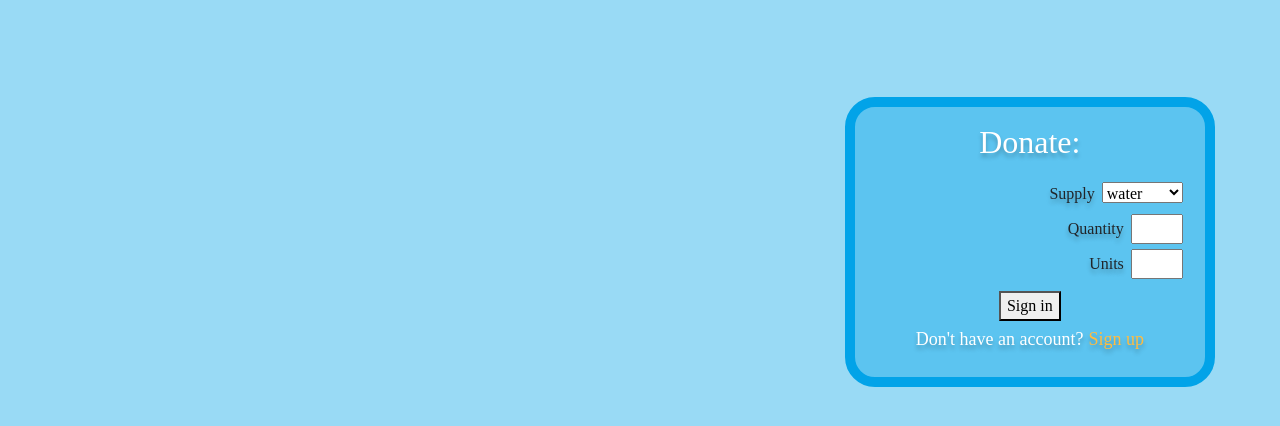
Repository: uprm-inso-4115-2019-2020-S2/semester-project-inso4115-DisasterAid-backend
Page: /donate-modal (app in disaster-aid/)
An editor plug-in stored every save of this project. The page is shown before and after the next save, followed by the edit.
The browser window is 1280 px wide. The pictures show the whole page.
The project was rebuilt for these pictures with package versions that can differ from the ones it lists, and the page was loaded fresh each time. Also part of the build but not shown: disaster-aid/angular.json, disaster-aid/src/app/login/login.component.ts, disaster-aid/src/app/register/register.component.ts, disaster-aid/src/app/home/home.component.ts, disaster-aid/src/app/landing-page/landing-page.component.ts, disaster-aid/src/app/donations/donations.component.ts, disaster-aid/src/app/donations.service.ts.

Above is the page before, as saved 2020-05-08 04:24:19.

### disaster-aid/src/index.html
<!doctype html>
<html lang="en">
<head>
  <meta charset="utf-8">
  <title>DisasterAid</title>
  <base href="/">
  <meta name="viewport" content="width=device-width, initial-scale=1">
  <link rel="icon" type="image/x-icon" href="favicon.ico">
</head>
<body>
  <app-root></app-root>
</body>
</html>

### disaster-aid/src/styles.css
/* You can add global styles to this file, and also import other style files */

html { background-color:rgba(2, 163, 232, 0.4); }

### disaster-aid/src/app/app.module.ts
import { BrowserModule } from '@angular/platform-browser';
import { NgModule } from '@angular/core';
import { FormsModule, ReactiveFormsModule } from '@angular/forms';



import { AppRoutingModule } from './app-routing.module';
import { AppComponent } from './app.component';
import { RegisterComponent } from './register/register.component';
import { LoginComponent } from './login/login.component';
import { HttpClientModule } from '@angular/common/http';
import { HomeComponent } from './home/home.component'
import { UserApiService } from './userapi.service';
import { LandingPageComponent } from './landing-page/landing-page.component';
import { DonationsComponent } from './donations/donations.component';


@NgModule({
  declarations: [
    AppComponent,
    RegisterComponent,
    LoginComponent,
    HomeComponent,
    LandingPageComponent,
    DonationsComponent,
  ],
  imports: [
    BrowserModule,
    AppRoutingModule,
    FormsModule,
    ReactiveFormsModule,
    HttpClientModule
  ],
  providers: [UserApiService],
  bootstrap: [AppComponent]
})
export class AppModule { }

### disaster-aid/src/app/app-routing.module.ts
import { NgModule } from '@angular/core';
import { Routes, RouterModule } from '@angular/router';
import {LoginComponent} from './login/login.component';
import { RegisterComponent } from './register/register.component';
import { HomeComponent } from './home/home.component';
import { LandingPageComponent } from './landing-page/landing-page.component';
import { DonationsComponent } from './donations/donations.component';
import { DonateModalComponent} from './donate-modal/donate-modal.component';


const routes: Routes = [
  { path: '', redirectTo: '/landing_page', pathMatch: 'full'}, //Make home the default landing page
  { path: 'register', component: RegisterComponent},
  { path: 'login', component: LoginComponent },
  { path: 'home', component: HomeComponent},
  { path: 'landing_page', component: LandingPageComponent },
  { path: 'my-donations', component: DonationsComponent },
  { path: 'donate-modal', component: DonateModalComponent},

];

@NgModule({
  imports: [RouterModule.forRoot(routes)],
  exports: [RouterModule]
})
export class AppRoutingModule { }

### disaster-aid/src/app/app.component.ts
import { Component } from '@angular/core';

@Component({
  selector: 'app-root',
  templateUrl: './app.component.html',
  styleUrls: ['./app.component.css']
})
export class AppComponent {
  title = 'disaster-aid';
}

### disaster-aid/src/app/userapi.service.ts
import { Injectable } from '@angular/core';
import { HttpClient, HttpErrorResponse, HttpHeaders } from '@angular/common/http';
import { User } from './user';
import { Observable, throwError } from 'rxjs';
import { catchError } from 'rxjs/operators';


@Injectable({
  providedIn: 'root'
})
export class UserApiService {

  constructor(private httpClient:HttpClient) { }

  private _handleError(error: HttpErrorResponse | any) {
    let data = {};
                data = {
                    reason: error && error.error.reason ? error.error.reason : '',
                    status: error.status
                };
                console.error(data);
                return throwError(error);
  }

    public server:String = " http://localhost:5000/";

   public getUsers() : Observable<User[]> {
     return this.httpClient
     .get<User[]>(this.server + "DAD/users")
     .pipe(catchError (this._handleError));
   }

   public getUser(userID : String): Observable<User> {
    return this.httpClient
    .get<User>(this.server + `DAD/users/${userID}`)
    .pipe(catchError (this._handleError));
  }

  public createUser(user: User): Observable<any> {

    const httpOptions = {
      headers: new HttpHeaders ({
        'Content-Type':'application/json',
        'Accept': 'application/json'
      })
    };
    return this.httpClient
    .post(this.server + "DAD/users", user, httpOptions)
    .pipe(catchError (this._handleError));;
  }


}

### disaster-aid/src/app/donate-modal/donate-modal.component.ts
import { Component, OnInit } from '@angular/core';

@Component({
  selector: 'app-donate-modal',
  templateUrl: './donate-modal.component.html',
  styleUrls: ['./donate-modal.component.css']
})
export class DonateModalComponent implements OnInit {

  constructor() { }

  ngOnInit(): void {
  }

}

### disaster-aid/src/app/donate-modal/donate-modal.component.html
<div class="donateBox">
    <p style="font-size: xx-large; text-align: center; padding-top: 3%; color: white;">Donate:</p>
    <!-- <form [formGroup]="loginForm" (ngSubmit)="onSubmit(loginForm.value)"> -->
        <div style="text-align: right; padding-right: 22px;">
            <div>
                <label for="Supply" style="padding-right: 7px;">Supply</label>
                <select id="supply" name="supply">
                    <option value="water">water</option>
                    <option value="food">food</option>
                    <option value="medicine">medicine</option>
                    <option value="clothing">clothing</option>

                </select>
            </div>
            <div>
                <label for="quantity" style="padding-right: 7px;">Quantity</label>
                <input type="number" id="quantity" name="quantity" min="1" max="5">
            </div>
            <div>
                <label for="units" style="padding-right: 7px;">Units</label>
                <input type="number" id="quantity" name="quantity" min="1" max="5">
            </div>
        </div>

        <div style="text-align: center; padding-top: 7px;">
            <button class="button" type="submit">Sign in</button>
        </div>
    <!-- </form> -->

    <div style="text-align: center; padding-top: 5px; font-size: large;">
        <label style="color: white; padding-right: 5px;">Don't have an account?</label>
        <a routerLink="/register" routerLinkActive="active" style="color:#FFBC40 ;">Sign up</a>
    </div>

</div>

### disaster-aid/src/app/donate-modal/donate-modal.component.css
.donateBox {
    position: absolute;
    width: 370px;
    height: 290px;
    left: 66%;
    top: 97px;
    background: rgba(2, 163, 232, 0.4);
    border: 10px solid #02A3E8;
    border-radius: 30px;
    font-family: 'Fredoka One', cursive;
    font-family: 'Gochi Hand', cursive;
    text-shadow: 0px 4px 4px rgba(0, 0, 0, 0.25);
}

Loaded but not shown: disaster-aid/src/main.ts (common file); disaster-aid/src/environments/environment.ts (common file); disaster-aid/src/app/app.component.html (common file); disaster-aid/src/app/app.component.css (no stored copy; drawn as an empty file)

After the next save:
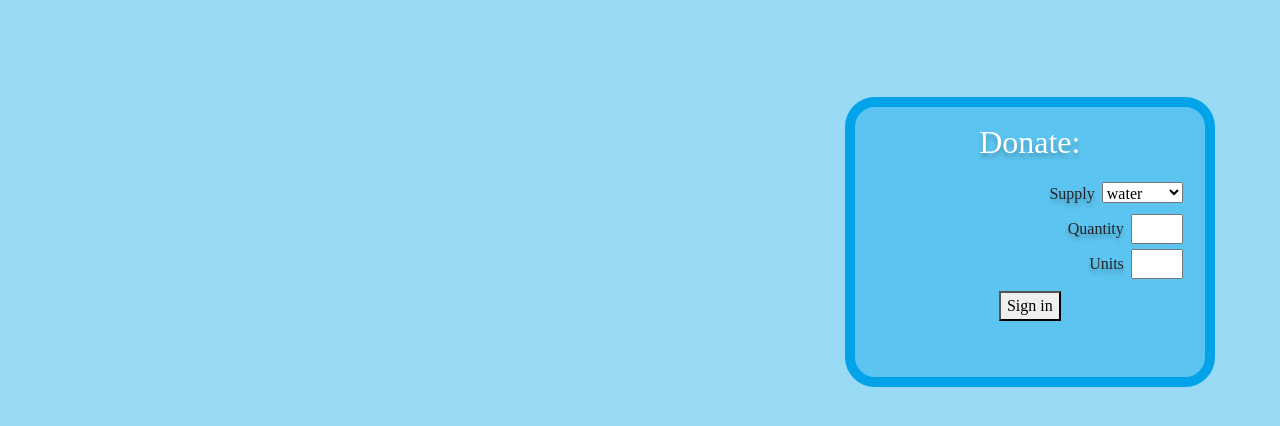
Saved 23 s later.
--- a/disaster-aid/src/app/donate-modal/donate-modal.component.html
+++ b/disaster-aid/src/app/donate-modal/donate-modal.component.html
@@ -27,9 +27,9 @@
         </div>
     <!-- </form> -->
 
-    <div style="text-align: center; padding-top: 5px; font-size: large;">
+    <!-- <div style="text-align: center; padding-top: 5px; font-size: large;">
         <label style="color: white; padding-right: 5px;">Don't have an account?</label>
         <a routerLink="/register" routerLinkActive="active" style="color:#FFBC40 ;">Sign up</a>
-    </div>
+    </div> -->
 
 </div>
